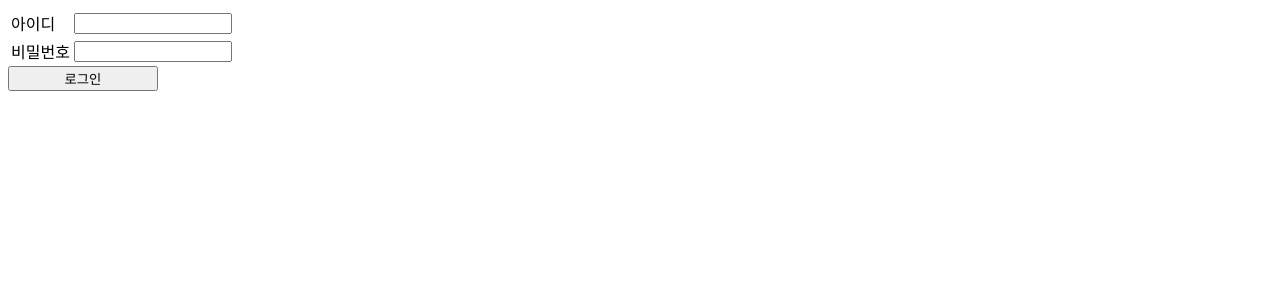
Repository: Gabintree/JDBC2019
Page: Jsp20190510_start/WebContent/Jsp0517_Login.html
The author's editor kept a copy of each file at every save. The page is drawn from the files as they stood at one save, then again after a run of saves.
The browser window is 1280 px wide. The pictures show the whole page.

Above is the page before, as saved 2019-05-17 02:28:23.

### Jsp20190510_start/WebContent/Jsp0517_Login.html
<!DOCTYPE html>
<html>
<head>
<meta charset="UTF-8">
<title>Chap6 03번</title>
</head>
<style>
 input {
	width : 150px;
 }
</style>
<body>

<form>
	<table>
		<tr>
			<td>아이디</td>
			<td><input type ="text" name="id"></td>
		</tr>
		<tr>
			<td>비밀번호</td>
			<td><input type ="password" name="pw"></td>
		</tr>
		</table>
		<input type="submit" value="로그인">
</form>



</body>
</html>

After the next 2 saves:
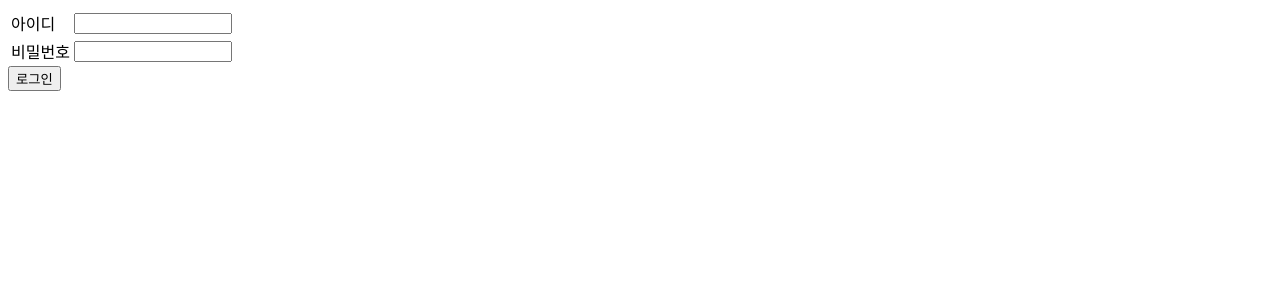
The 2 saves are shown as one change because they came seconds apart.
The last was saved 69 s later.
--- a/Jsp20190510_start/WebContent/Jsp0517_Login.html
+++ b/Jsp20190510_start/WebContent/Jsp0517_Login.html
@@ -5,7 +5,7 @@
 <title>Chap6 03번</title>
 </head>
 <style>
- input {
+table input {
 	width : 150px;
  }
 </style>
